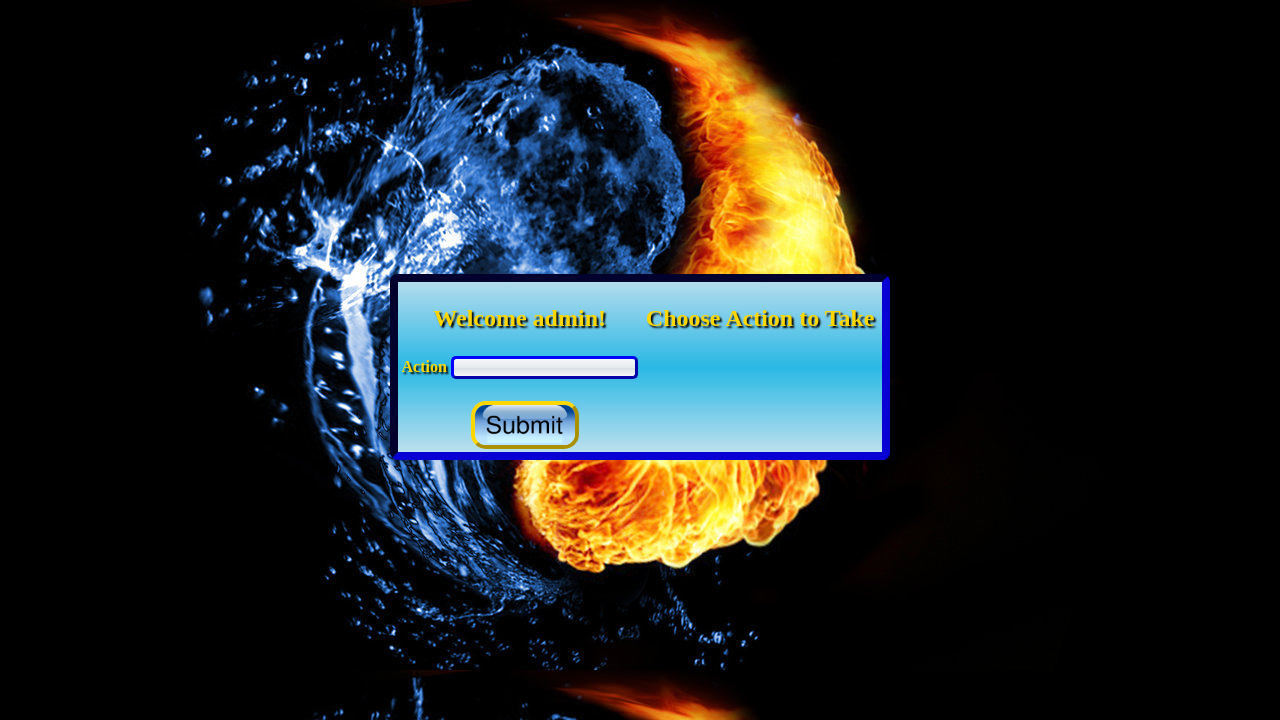
Repository: Albocoder/Event-handler
Page: loginBrain/WebContent/WEB-INF/adminPanel.html
An editor plug-in stored every save of this project. The page is shown before and after the next save, followed by the edit.
The browser window is 1280 px wide. The pictures show the whole page.

Above is the page before, as saved 2015-08-10 20:47:56.

After the next save:
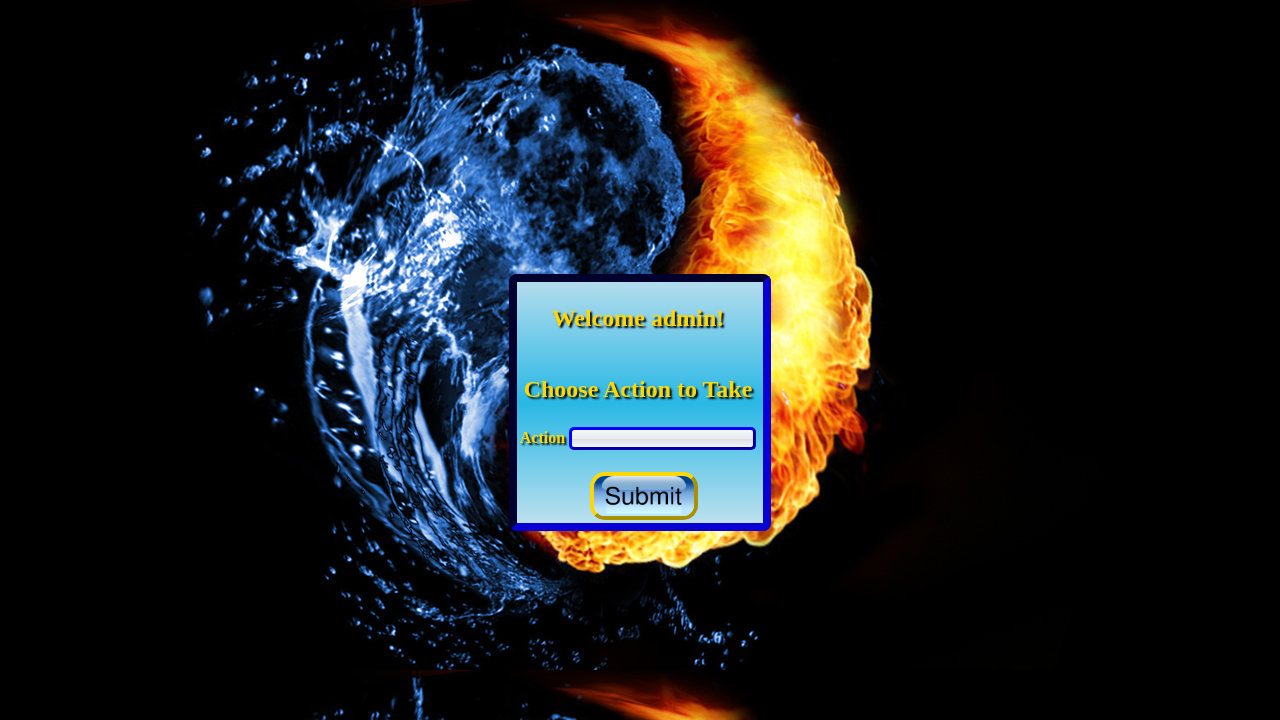
Saved 54 s later.
--- a/loginBrain/WebContent/WEB-INF/adminPanel.html
+++ b/loginBrain/WebContent/WEB-INF/adminPanel.html
@@ -55,7 +55,7 @@ input{
 <br>
 <br>
 <form method="POST" action="AdminPanel">
-<th colspan="2"><h2>Welcome admin!</2><th>
+<tr><th colspan="2"><h2>Welcome admin!</2></h2><th></tr>
 <th colspan="2"><h2>Choose Action to Take</2><th>
 <tr><td>Action</td><td>
 <input list="actions" name="action">
